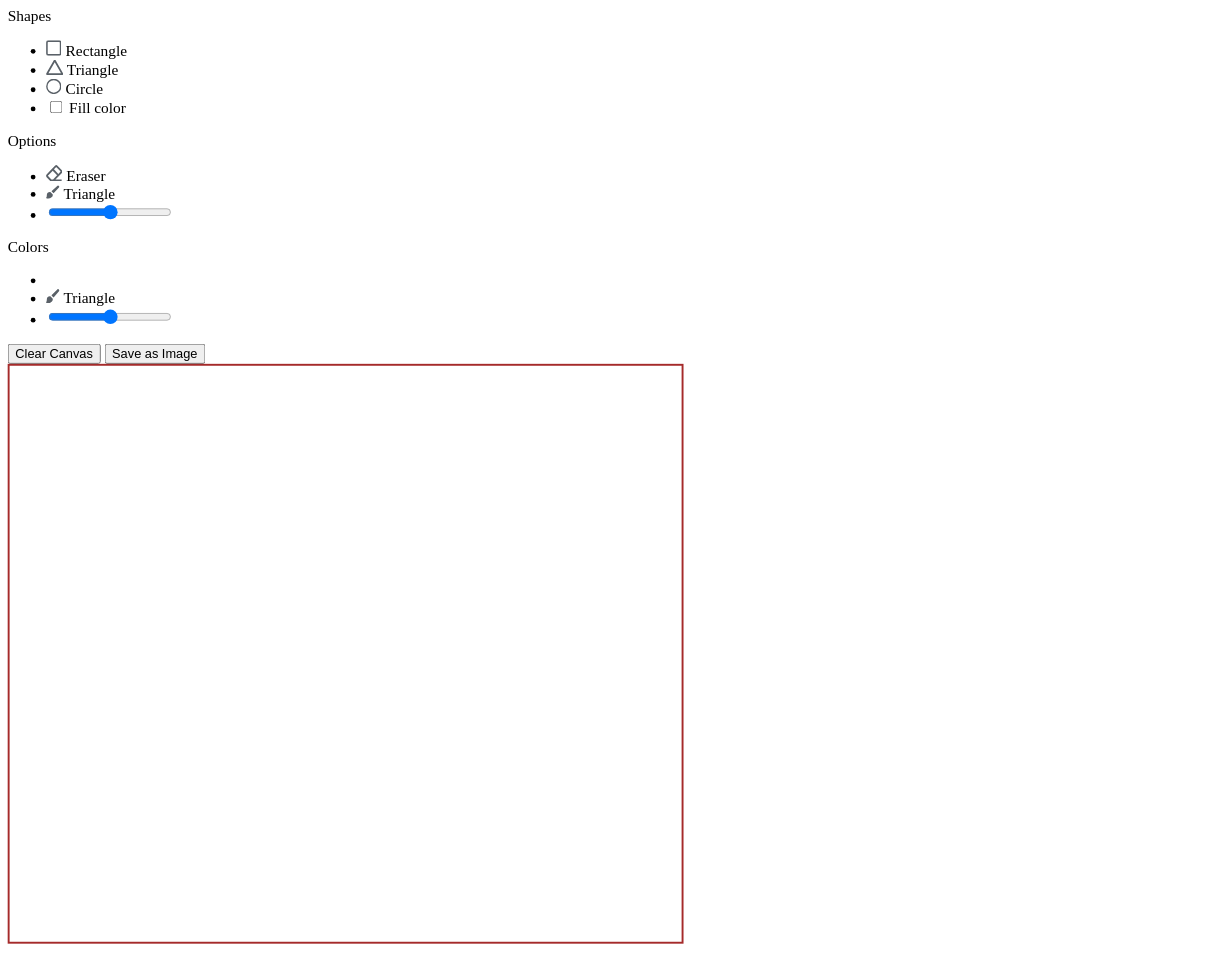
Repository: mdsajib50/Drawing-app
Page: index.html
An editor plug-in stored every save of this project. The page is shown before and after the next save, followed by the edit.
The browser window is 1280 px wide. The pictures show the whole page, at 96% of full size.

Above is the page before, as saved 2025-02-17 21:12:13.

### index.html
<!DOCTYPE html>
<html lang="en">
<head>
    <meta charset="UTF-8">
    <meta name="viewport" content="width=device-width, initial-scale=1.0">
    <link rel="stylesheet" href="style.css">
    <title>Drawing App</title>
</head>
<body>
    <div class="container">
        <aside>
            <div class="row">
                <label for="" class="title">Shapes</label>
               <ul class="options">
                <li class="option">
                    <img src="icons/icons/rectangle.svg" alt="">
                    <span>Rectangle</span>
                </li>
                <li class="option">
                    <img src="icons/icons/triangle.svg" alt="">
                    <span>Triangle</span>
                </li>
                <li class="option">
                    <img src="icons/icons/circle.svg" alt="">
                    <span>Circle</span>
                </li>
                <li class="option">
                    <input type="checkbox" name="" id="">
                    <label for="">Fill color</label>
                </li>
               </ul>
            </div>
            <div class="row">
                <label for="" class="title">Options</label>
               <ul class="options">
                <li class="option">
                    <img src="icons/icons/eraser.svg" alt="">
                    <span>Eraser</span>
                </li>
                <li class="option">
                    <img src="icons/icons/brush.svg" alt="">
                    <span>Triangle</span>
                </li>
                <li class="option">
                    <input type="range" name="" id="size-slider">
                </li>
               </ul>
            </div>
            <div class="row">
                <label for="" class="title">Colors</label>
               <ul class="options">
                <li class="option"></li>
                <li class="option">
                    <img src="icons/icons/brush.svg" alt="">
                    <span>Triangle</span>
                </li>
                <li class="option">
                    <input type="range" name="" id="size-slider">
                </li>
               </ul>
            </div>
            <div class="row">
               <button class="clear-canvas" type="button">Clear Canvas</button>
               <button class="save-image" type="button">Save as Image</button>
            </div>
        </aside>
        <div>
            <canvas id="mycanvas"></canvas>
        </div>
    </div>
    <script src="script.js"></script>
</body>
</html>

### style.css
canvas{
    width: 700px;
    height: 600px;
    border: 2px solid brown;
}

### script.js
const drawing = document.getElementById('myCanvas');

After the next save:
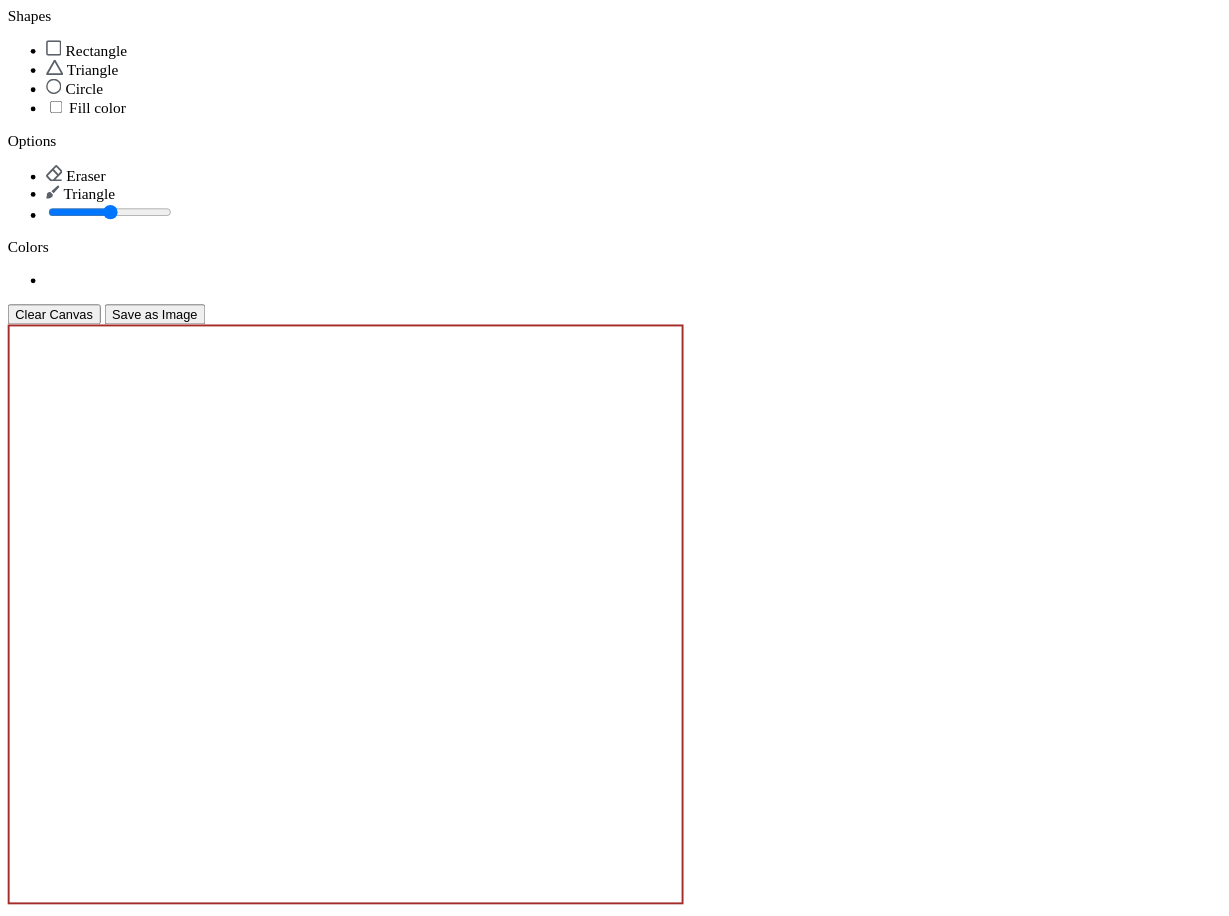
Saved 12 s later.
--- a/index.html
+++ b/index.html
@@ -50,13 +50,6 @@
                 <label for="" class="title">Colors</label>
                <ul class="options">
                 <li class="option"></li>
-                <li class="option">
-                    <img src="icons/icons/brush.svg" alt="">
-                    <span>Triangle</span>
-                </li>
-                <li class="option">
-                    <input type="range" name="" id="size-slider">
-                </li>
                </ul>
             </div>
             <div class="row">
